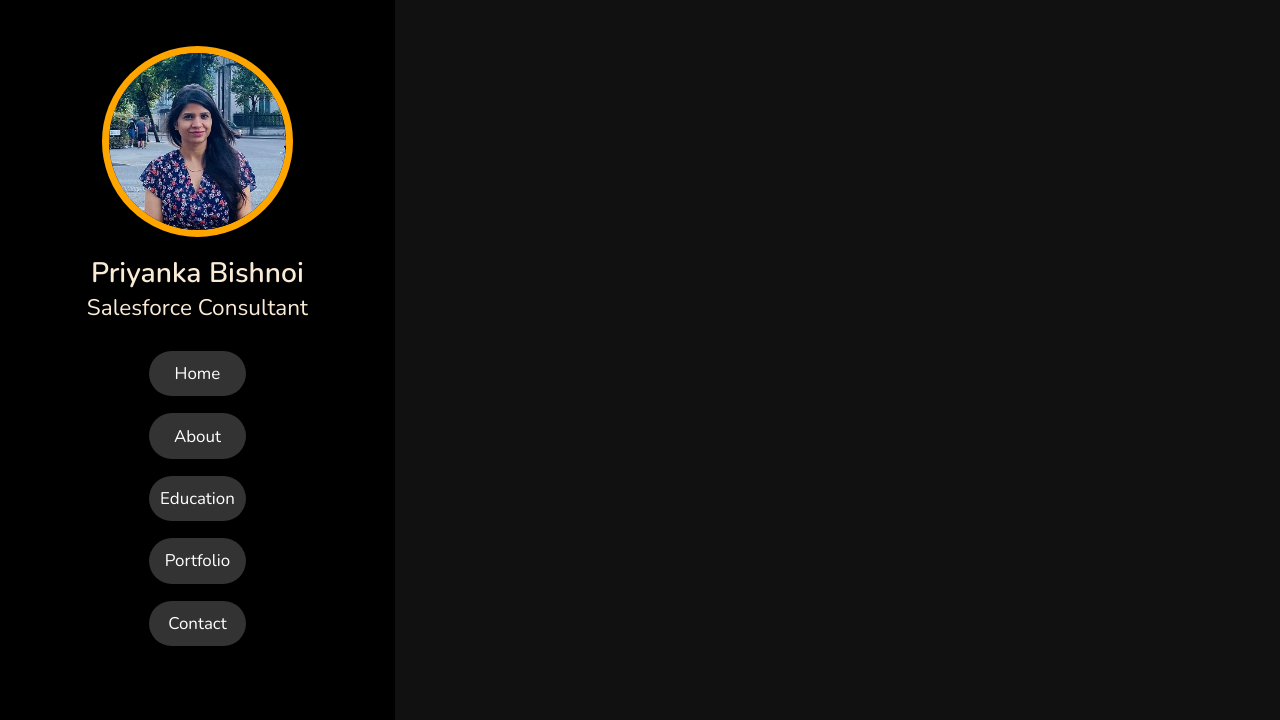
Repository: priyanka-bishnoi/PortfolioPage
Page: MyPage.html
An editor plug-in stored every save of this project. The page is shown before and after the next save, followed by the edit.
The browser window is 1280 px wide. The pictures show the whole page.

Above is the page before, as saved 2022-10-08 16:14:31.

After the next save:
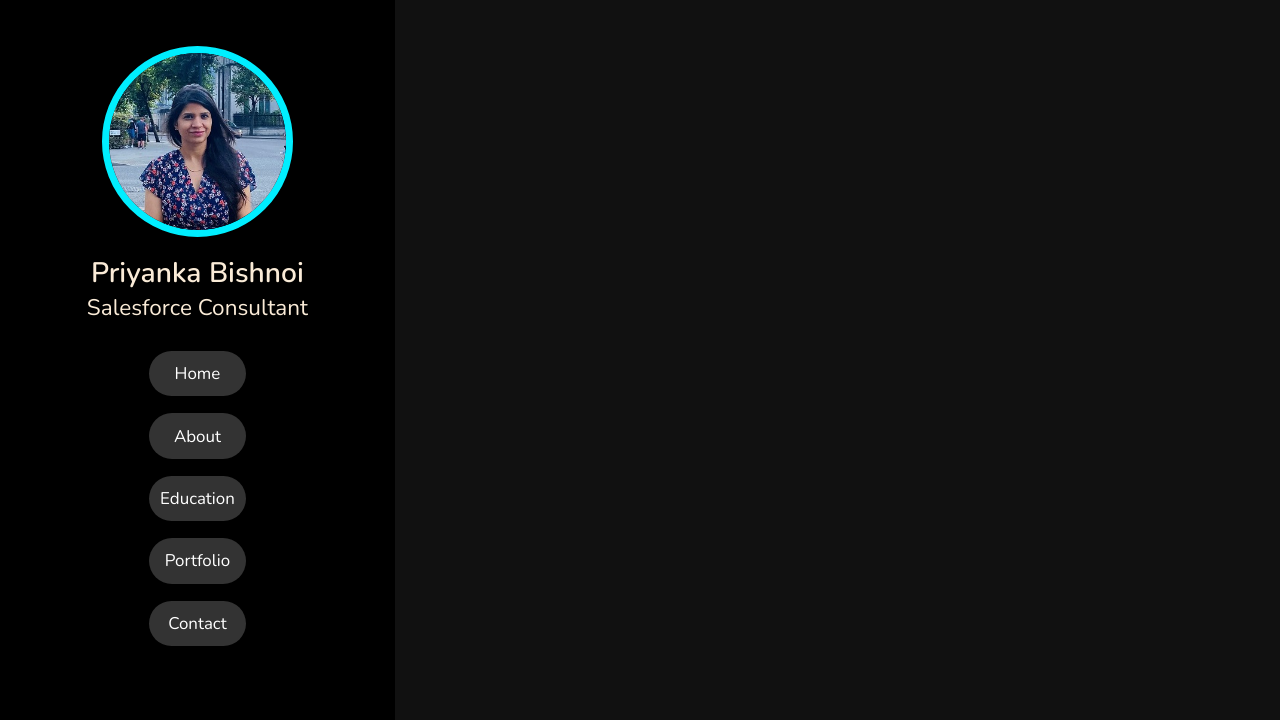
Saved 47 s later.
--- a/css/style.css
+++ b/css/style.css
@@ -1,6 +1,6 @@
 @import url('https://fonts.googleapis.com/css2?family=Nunito:wght@200;300;400;600&display=swap');
 :root{
-    --orange:orange;
+    --orange:rgb(0, 238, 255);
 }
 *{
     font-family: 'Nunito', sans-serif;
@@ -70,5 +70,5 @@ header .navBar ul li a{
 }
 
 header .navBar ul li a:hover{
-    background:orange;
+    background:rgb(0, 238, 255);
 }
